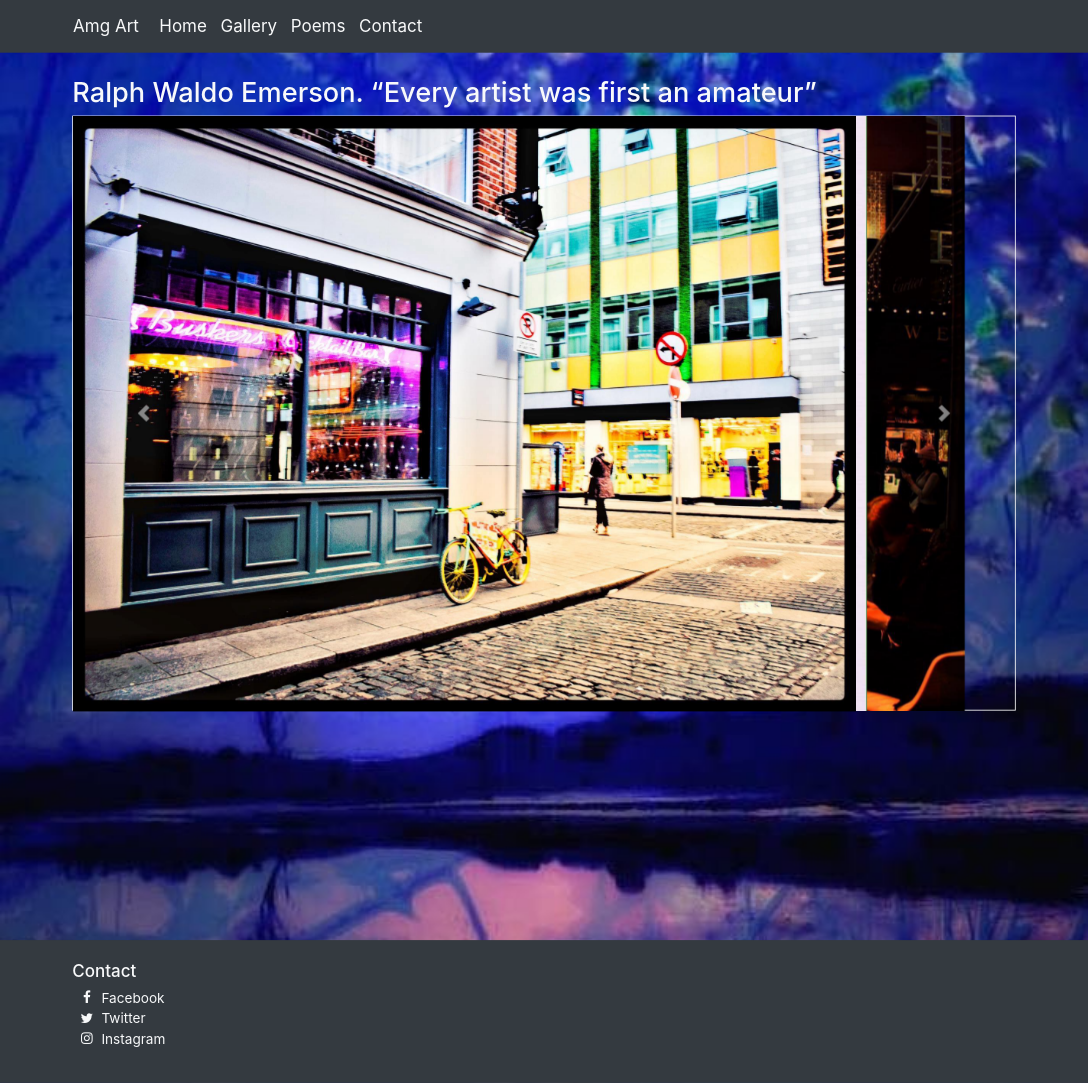
Repository: AllenGleeson/AmgArtGallery
Page: index.html
The author's editor kept a record of every edit. The page is drawn from the files as they stood at one moment, then again after the next edit.
The browser window is 1280 px wide. The pictures show the whole page, at 85% of full size.

Above is the page before.

### index.html
<!DOCTYPE html>
<html>

<head>
    <meta charset="UTF-8">
    <meta name="viewport" content="width=device-width, initial-scale=1.0">
    <meta http-equiv="X-UA-Compatible" content="ie=edge">
    <link rel="stylesheet" href="https://stackpath.bootstrapcdn.com/bootstrap/4.3.1/css/bootstrap.min.css" type="text/css" />
    <link rel="stylesheet" href="https://stackpath.bootstrapcdn.com/font-awesome/4.7.0/css/font-awesome.min.css" type="text/css" />
    <link rel="stylesheet" href="assets/css/style.css" type="text/css" />
</head>

<body>
    <header class="bg-dark mb-2">
        <nav class="navbar navbar-expand-sm navbar-light container">
            <a class="navbar-brand text-light" href="./index.html">Amg Art</a>
            <button class="navbar-toggler" type="button" data-toggle="collapse" data-target="#navbarNavAltMarkup" aria-controls="navbarNavAltMarkup" aria-expanded="false" aria-label="Toggle navigation">
                <span class="navbar-toggler-icon"></span>
            </button>
            <div class="collapse navbar-collapse" id="navbarNavAltMarkup">
                <div class="navbar-nav">
                    <a class="nav-item nav-link text-light" href="./index.html">Home</a>
                    <a class="nav-item nav-link text-light" href="./gallery1.html">Gallery</a>
                    <a class="nav-item nav-link text-light" href="./poems.html">Poems</a>
                    <a class="nav-item nav-link text-light active" href="./contact.html">Contact <span class="sr-only">(current)</span></a>
                </div>
            </div>
        </nav>
    </header>

    <section class="container">
        <div>
            <h2 class="text-light">Ralph Waldo Emerson. “Every artist was first an amateur”</h2>
            <div id="FeaturedImages" class="carousel" data-ride="carousel">
                <div class="carousel-inner">
                    <div class="carousel-item active">
                        <img class="d-block" src="assets/images/summertreeshowth.jpg" alt="First slide">
                    </div>
                    <div class="carousel-item">
                        <img class="d-block" src="assets/images/citydreaming.jpg" alt="Second slide">
                    </div>
                    <div class="carousel-item">
                        <img class="d-block" src="assets/images/latespringwicklow.jpg" alt="Third slide">
                    </div>
                    <div class="carousel-item active">
                        <img class="d-block" src="assets/images/sunsetmeath.jpg" alt="Fourth slide">
                    </div>
                    <div class="carousel-item">
                        <img class="d-block" src="assets/images/rose.jpg" alt="Fifth slide">
                    </div>
                    <div class="carousel-item">
                        <img class="d-block" src="assets/images/poppyfield.jpg" alt="Sixth slide">
                    </div>
                    <div class="carousel-item active">
                        <img class="d-block" src="assets/images/dublincafe.jpg" alt="Seventh slide">
                    </div>
                    <div class="carousel-item">
                        <img class="d-block" src="assets/images/citydreaming.jpg" alt="Eighth slide">
                    </div>
                    <div class="carousel-item">
                        <img class="d-block" src="assets/images/latespringwicklow.jpg" alt="Third slide">
                    </div>
                </div>
                <a class="carousel-control-prev" href="#FeaturedImages" role="button" data-slide="prev">
                    <span class="carousel-control-prev-icon" aria-hidden="true"></span>
                    <span class="sr-only">Previous</span>
                </a>
                <a class="carousel-control-next" href="#FeaturedImages" role="button" data-slide="next">
                    <span class="carousel-control-next-icon" aria-hidden="true"></span>
                    <span class="sr-only">Next</span>
                </a>
            </div>
        </div>
    </section>

    <footer class="p-4 bg-dark text-light">
        <div class="container">
            <div class="row">
                <div class="col-sm-6">
                    <h5>Contact</h5>

                    <ul class="fa-ul">
                        <li><a href="www.facebook.com/amgasdsd" class="text-light"><i class="fa-li fa fa-facebook"></i><span>Facebook</span></a></li>
                        <li><a href="www.twitter.com/amgasdsd" class="text-light"><i class="fa-li fa fa-twitter"></i><span>Twitter</span></a></li>
                        <li><a href="www.instagram.com/amgasdsd" class="text-light"><i class="fa-li fa fa-instagram"></i><span>Instagram</span></a></li>
                    </ul>
                </div>
            </div>
        </div>
    </footer>

    <script src="https://code.jquery.com/jquery-3.3.1.slim.min.js" integrity="sha384-q8i/X+965DzO0rT7abK41JStQIAqVgRVzpbzo5smXKp4YfRvH+8abtTE1Pi6jizo" crossorigin="anonymous"></script>
    <script src="https://cdnjs.cloudflare.com/ajax/libs/popper.js/1.14.7/umd/popper.min.js" integrity="sha384-UO2eT0CpHqdSJQ6hJty5KVphtPhzWj9WO1clHTMGa3JDZwrnQq4sF86dIHNDz0W1" crossorigin="anonymous"></script>
    <script src="https://stackpath.bootstrapcdn.com/bootstrap/4.3.1/js/bootstrap.min.js" integrity="sha384-JjSmVgyd0p3pXB1rRibZUAYoIIy6OrQ6VrjIEaFf/nJGzIxFDsf4x0xIM+B07jRM" crossorigin="anonymous"></script>
</body>
</html>

### assets/css/style.css
section {
    display: block;
    width: 1800px;
    padding: 20px;
}

/*------------------------------------------------Color*/

.contentColor {
    background-color: #6A5ACD;
}

/*------------------------------------------------Nav Bar*/

.navbar-toggler {
    background-color: #fafafa;
}

.navbar-nav {
    font-size: 20px;
}

body {
    background-image: url("../images/bluescape.jpg");
    background-size: cover;
    background-repeat: no-repeat;
    background-position: center center;
}


/*------------------------------------------------Home Page*/

#FeaturedImages {
    border: 1px solid black;
    border-color: #fafafa;
    max-height: 700px;
    margin-left: auto;
    margin-right: auto;
    width: fit-content;
}

.carousel-item img {
    max-height: 700px;
}

@media only screen and (max-width: 768px) {
    .carousel-item img {
        max-height: 300px;
        max-width: 300px;
    }
}

/*------------------------------------------------Gallery Page*/

.galleryImage {
    max-height: 350px;
    max-width: 100%;
    margin-bottom: 20px;
    -webkit-box-shadow: 21px 11px 53px 0px rgba(235, 209, 235, 0.92);
    -moz-box-shadow: 21px 11px 53px 0px rgba(235, 209, 235, 0.92);
    box-shadow: 21px 11px 53px 0px rgba(235, 209, 235, 0.92);
}

@media only screen and (max-width: 768px) {
    .galleryImage {
        max-height: none;
    }
}

.page-item.disabled .page-link {
    color: #dee2e6;
    pointer-events: none;
    cursor: auto;
    background-color: #343a40;
}

.page-item.active .page-link {
    z-index: 1;
    color: #343a40;
    background-color: #fff;
    border-color: #fff;
}

.page-link {
    position: relative;
    display: block;
    padding: .5rem .75rem;
    margin-left: -1px;
    line-height: 1.25;
    color: #fafafa;
    background-color: #343a40;
    border: 1px solid #dee2e6;
}

/*------------------------------------------------Poems*/

.poems {
    max-width: 100%;
    -webkit-box-shadow: 21px 11px 53px 0px rgba(235, 209, 235, 0.92);
    -moz-box-shadow: 21px 11px 53px 0px rgba(235, 209, 235, 0.92);
    box-shadow: 21px 11px 53px 0px rgba(235, 209, 235, 0.92);
    padding: 0;
    border: none;
}

/*------------------------------------------------Contact*/

.aboutmeContainer {
    -webkit-box-shadow: 21px 11px 53px 0px rgba(235, 209, 235, 0.92);
    -moz-box-shadow: 21px 11px 53px 0px rgba(235, 209, 235, 0.92);
    box-shadow: 21px 11px 53px 0px rgba(235, 209, 235, 0.92);
    margin-bottom: 90px;
}

#aboutmeBio {
    font-size: 22px;
    font-family: Noto Sans, "san-serif";
    color: #fafafa;
}

#aboutImage {
    max-height: 350px;
    max-width: 100%;
    margin-bottom: 20px;
    -webkit-box-shadow: 21px 11px 53px 0px rgba(235, 209, 235, 0.92);
    -moz-box-shadow: 21px 11px 53px 0px rgba(235, 209, 235, 0.92);
    box-shadow: 21px 11px 53px 0px rgba(235, 209, 235, 0.92);
}

@media only screen and (max-width: 768px) {
    #aboutImage {
        max-height: none;
    }
}

/*------------------------------------------------Footer*/

footer {
    bottom: 0;
    width: 100%;
    white-space: nowrap;
    /* Set the fixed height of the footer here */
    margin: 0;
    margin-top: 250px;
}

@media only screen and (max-width: 500px) {
    footer {
        margin-top: 20px;
    }
}

#footer-icon {
    max-width: 150px;
}

After the next edit:
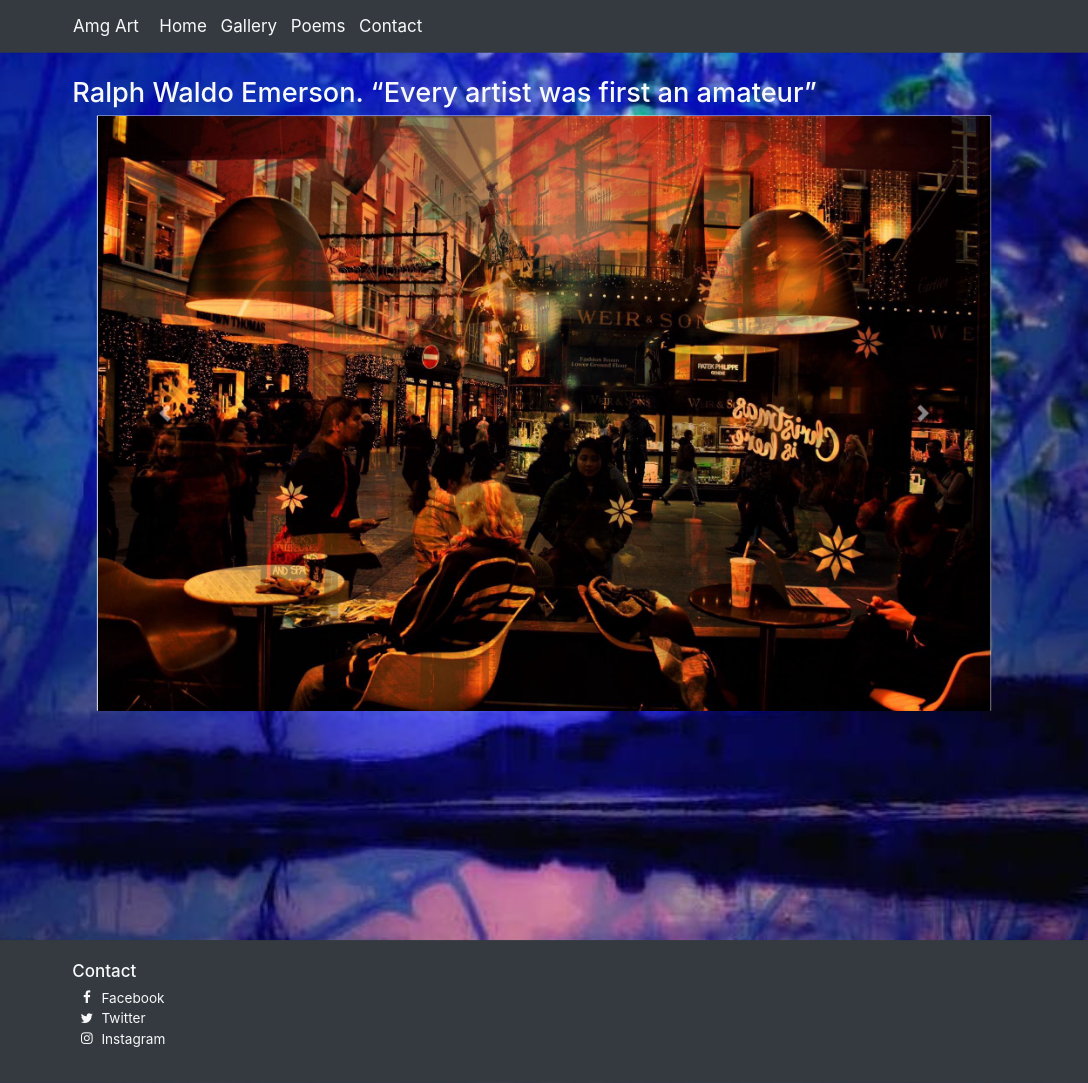
The edit:
--- a/index.html
+++ b/index.html
@@ -40,25 +40,7 @@
                         <img class="d-block" src="assets/images/citydreaming.jpg" alt="Second slide">
                     </div>
                     <div class="carousel-item">
-                        <img class="d-block" src="assets/images/latespringwicklow.jpg" alt="Third slide">
-                    </div>
-                    <div class="carousel-item active">
-                        <img class="d-block" src="assets/images/sunsetmeath.jpg" alt="Fourth slide">
-                    </div>
-                    <div class="carousel-item">
-                        <img class="d-block" src="assets/images/rose.jpg" alt="Fifth slide">
-                    </div>
-                    <div class="carousel-item">
-                        <img class="d-block" src="assets/images/poppyfield.jpg" alt="Sixth slide">
-                    </div>
-                    <div class="carousel-item active">
-                        <img class="d-block" src="assets/images/dublincafe.jpg" alt="Seventh slide">
-                    </div>
-                    <div class="carousel-item">
-                        <img class="d-block" src="assets/images/citydreaming.jpg" alt="Eighth slide">
-                    </div>
-                    <div class="carousel-item">
-                        <img class="d-block" src="assets/images/latespringwicklow.jpg" alt="Third slide">
+                        <img class="d-block" src="assets/images/loghcrewmeath.jpg" alt="Third slide">
                     </div>
                 </div>
                 <a class="carousel-control-prev" href="#FeaturedImages" role="button" data-slide="prev">
